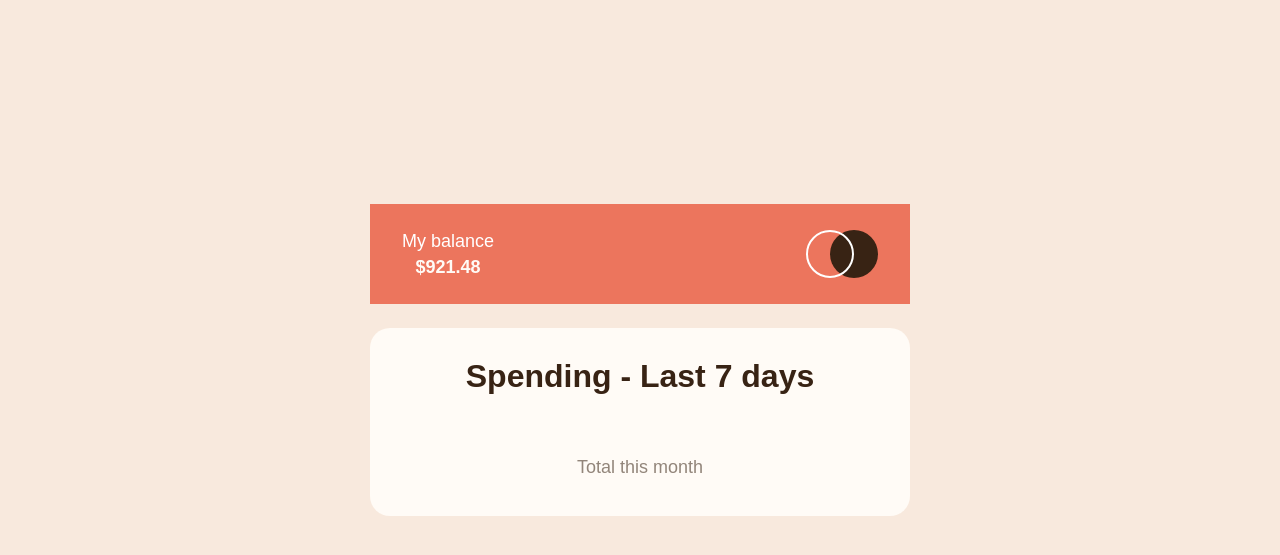
Repository: usmanov16/6-oy-2-dars-
Page: /
These files come from the project's save history. The page is drawn as it stood at one moment and after the next save; the edit follows.
The browser window is 1280 px wide. The pictures show the whole page.
The project was rebuilt for these pictures with package versions that can differ from the ones it lists, and the page was loaded fresh each time. Also part of the build but not shown: vite.config.js.

Above is the page before, as saved 2025-08-28 14:09:24.

### index.html
<!doctype html>
<html lang="en">
  <head>
    <meta charset="UTF-8" />
    <link rel="icon" type="image/svg+xml" href="/vite.svg" />
    <meta name="viewport" content="width=device-width, initial-scale=1.0" />
    <title>Vite + React</title>
    <link rel="stylesheet" href="./src/index.css">
  </head>
  <body>
    <div id="root"></div>
    <script type="module" src="/src/main.jsx"></script>
  </body>
</html>

### src/index.css
@import "tailwindcss";

@theme {
  --color-red: #ec755d;
  --color-cream: #f8e9dd;
  --color-card-white: #fffbf6;
  --color-white: #ffffff;
  --color-cyan: #76b5bc;
  --color-medium-brown: #92857a;
  --color-dark-brown: #382314;

  /* font */
  --default-font-family: "DM Sans Variable", sans-serif;
}

@layer base {
  body {
    @apply text-lg text-medium-brown font-normal leading-[1] bg-cream flex items-center justify-center min-h-screen;
  }
}

@layer components {
  .chart-item span {
    display: none;
  }

  .chart-item:hover span {
    display: block;
  }
}

### src/main.jsx

import "./index.css";
import App from "./App.jsx";
// Supports weights 100-900
import '@fontsource-variable/dm-sans';
import { createRoot } from "react-dom/client";

createRoot(document.getElementById("root")).render(<App />);

### src/App.jsx

import './App.css'
import React from 'react'
import Card from './components/Card'

function App() {
  return (
    <div>
      <Card/>

    </div>
  )
}

export default App

### src/components/Card.jsx

import React from 'react'
import CardTop from './CardTop'
import CardBottom from './CardBottom'

function Card() {
  return (
    <div className='w-[540px] flex flex-col  gap-6'>
        <CardTop/>
        <CardBottom/>
    </div>
  )
}

export default Card

### src/components/CardTop.jsx
import React from 'react'

function CardTop() {
  return (
    <div className='flex items-center justify-between px-8 py-6.5 bg-red rounded[1.25rem]'>
        <div className='flex flex-col gap-2'>
            <span className='text-white'>My balance</span>
            <span className='font-bold text-card-white text[2rem]'>$921.48</span>
        </div>
        <img src="./rounded.svg" alt="" width={72} height={48} />
    </div>
  )
}

export default CardTop

### src/components/CardBottom.jsx
import React from 'react'

const chartData = [
  {
    id: 1,
    weekdays: "mo",
    value: 56
  },
  {
    id: 2,
    weekdays: "tu",
    value: 40
  },
  {
    id: 3,
    weekdays: "we",
    value: 44
  },
  {
    id: 4,
    weekdays: "th",
    value: 81
  },
  {
    id: 5,
    weekdays: "fr",
    value: 76
  },
  {
    id: 6,
    weekdays: "sa",
    value: 15
  },
  {
    id: 7,
    weekdays: "su",
    value: 11
  }

]

function CardBottom() {
  const [maxChart] = [...chartData].sort((a, b) => {
    return b.value - a.value
  })

  function chartHeight(h) {
    let {value} = maxChart;
    let height = 150

    return `${((h*100) / value).toFixed(1)}% `
    // return "h-[150px]"
  }

  return (
    <div className='bg-card-white pt-8 p-10 rounded-[1.25rem]'>
      <h1 className='text-dark-brown font-bold text-[2rem] mb-[66px] '>Spending - Last 7 days</h1>
      <ul className=' w-full flex justify-between gap-2 '>
        {chartData.map((ch) => {
          <li className='w-[3.125rem] text-center flex flex-col gap-2' key={ch.id}>

            <div className='h-[150px] flex items-end relative'>

              <div style={{height: chartHeight(ch.value)}}
               className={`chart-item rounded-[5px] w-full ${
                ch.value == maxChart.value ? "bg-cyan" : "bg-red"
              } relative ` }>
                <span className='absolute -top-2 left-[50%] -translate-x-[50%] -translate-y-[100%]'>${ch.value}</span>
              </div>
            </div>
            <span className='w-full'>{ch.weekdays}</span>
          </li>
        })}
      </ul>
      <span className='w-[460px] h-0.5 bg-card-white'></span>
      <div>
      <span className="text-medium-brown font-normal leading-[1]">Total this month</span>
      <span className='text-dark-brown text- '></span>
      </div>
    </div>
  )
}

export default CardBottom

Loaded but not shown: src/App.css (common file)

After the next save:
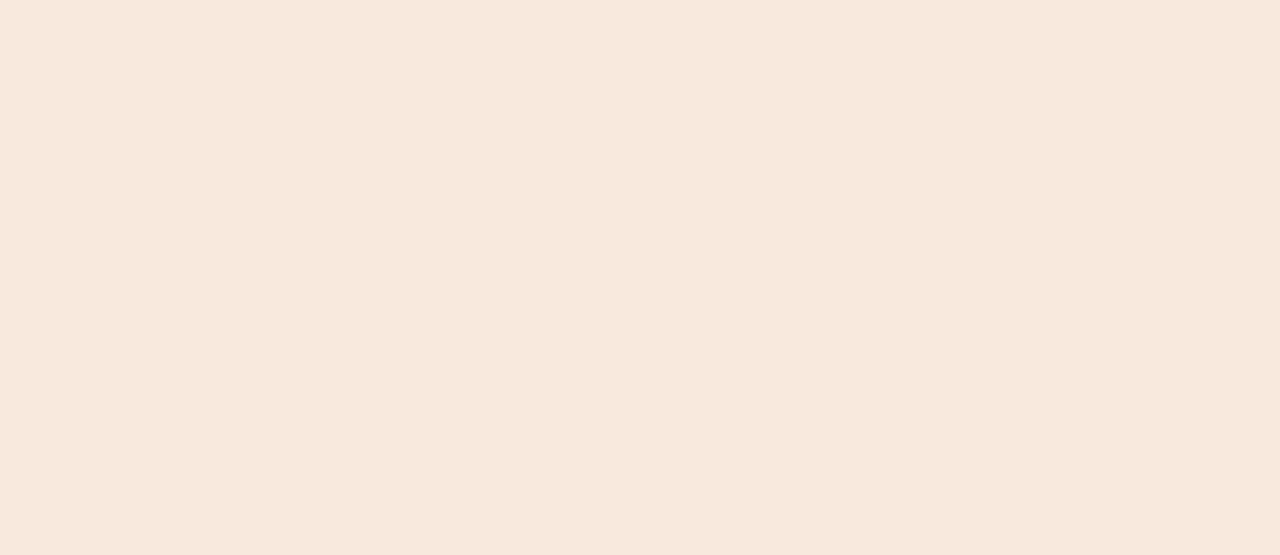
Console error: ReferenceError: Card is not defined
Saved 64 s later.
--- a/src/App.jsx
+++ b/src/App.jsx
@@ -1,7 +1,6 @@
 
 import './App.css'
 import React from 'react'
-import Card from './components/Card'
 
 function App() {
   return (

After the save that followed:
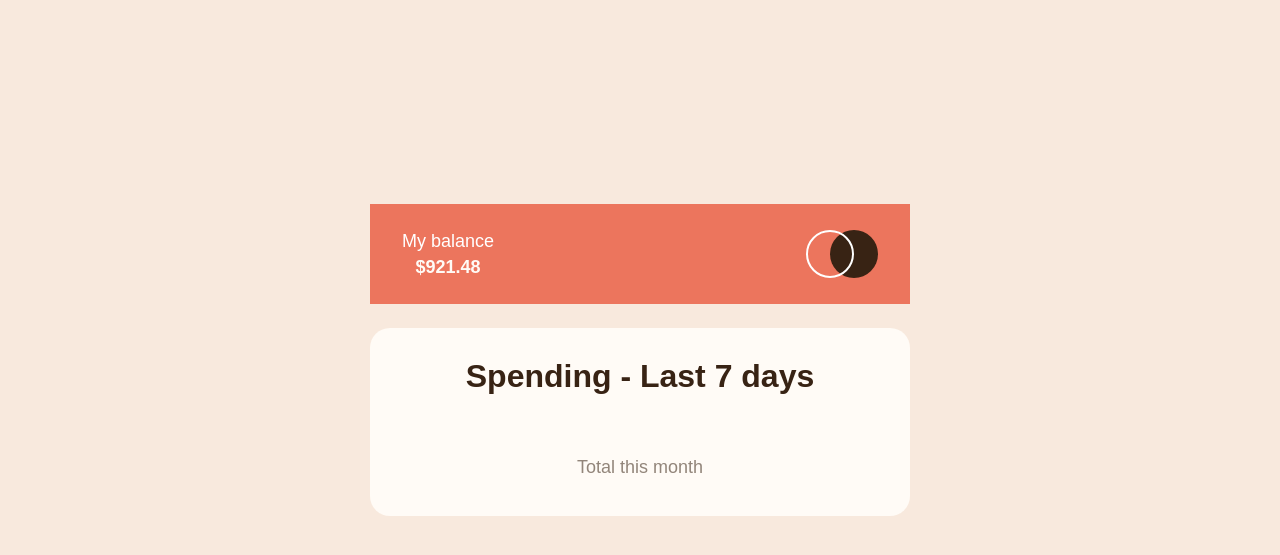
The error is gone.
Saved 6 s later.
--- a/src/App.jsx
+++ b/src/App.jsx
@@ -1,6 +1,7 @@
 
 import './App.css'
 import React from 'react'
+import Card from './components/Card'
 
 function App() {
   return (
